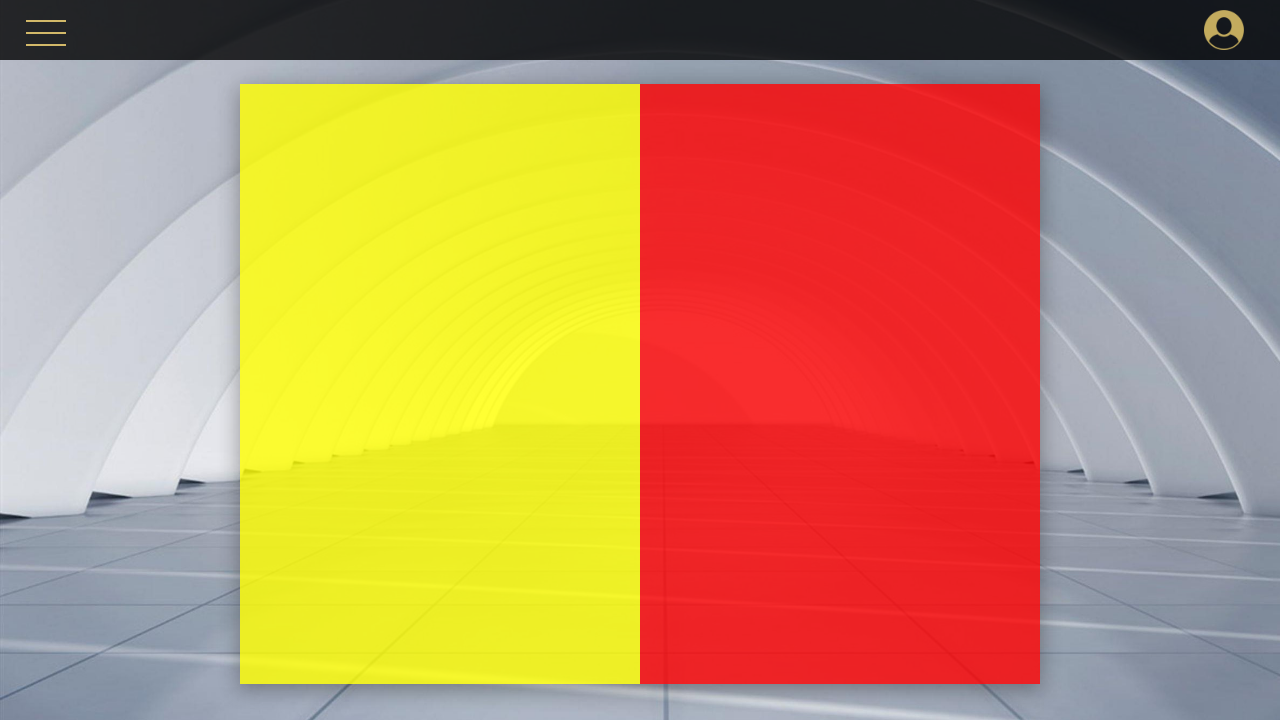
Repository: ustc-hzy/ziYang
Page: login.html
These files come from the project's save history. The page is drawn as it stood at one moment and after the next save; the edit follows.
The browser window is 1280 px wide. The pictures show the whole page.
The pointer rests on the first visible `.login-card`.

Above is the page before, as saved 2020-06-19 11:51:45.

After the next save:
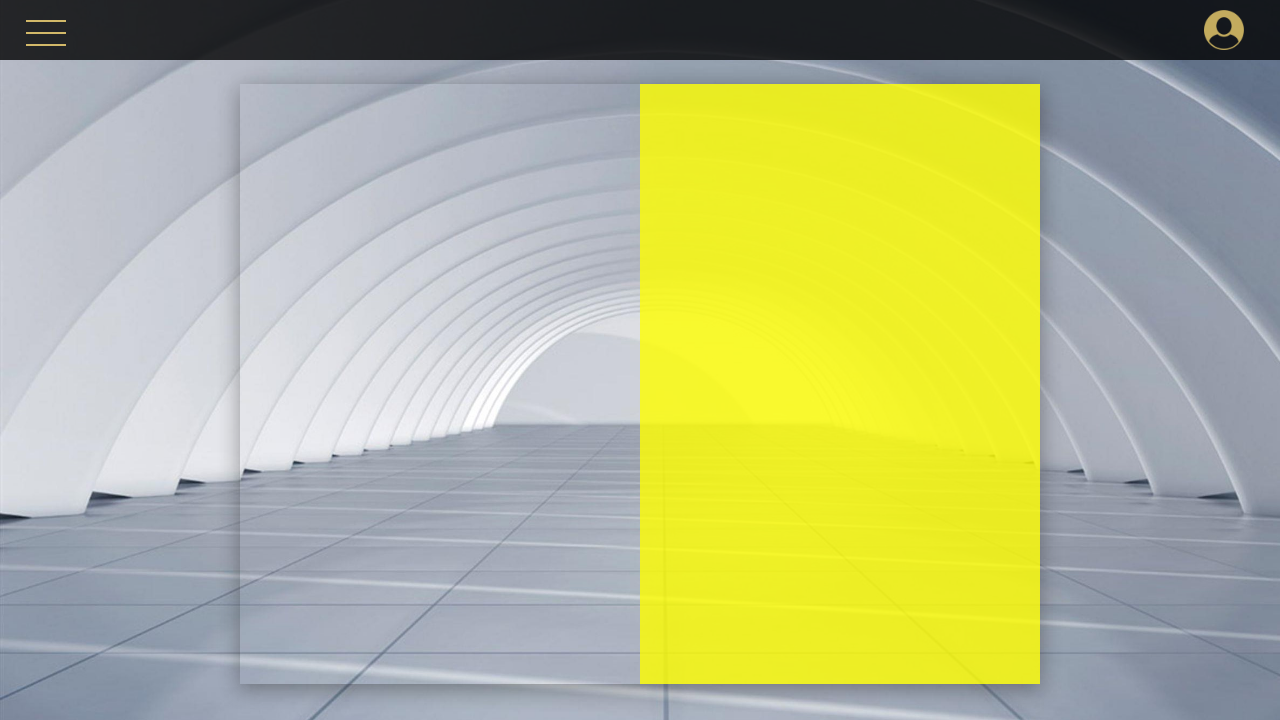
Saved 47 s later.
--- a/css/login.css
+++ b/css/login.css
@@ -35,3 +35,6 @@ body {
     width: 400px;
     height: 600px;
 }
+.login-card:hover{
+    transform: translateX(100%);
+}

After the 3 saves that followed:
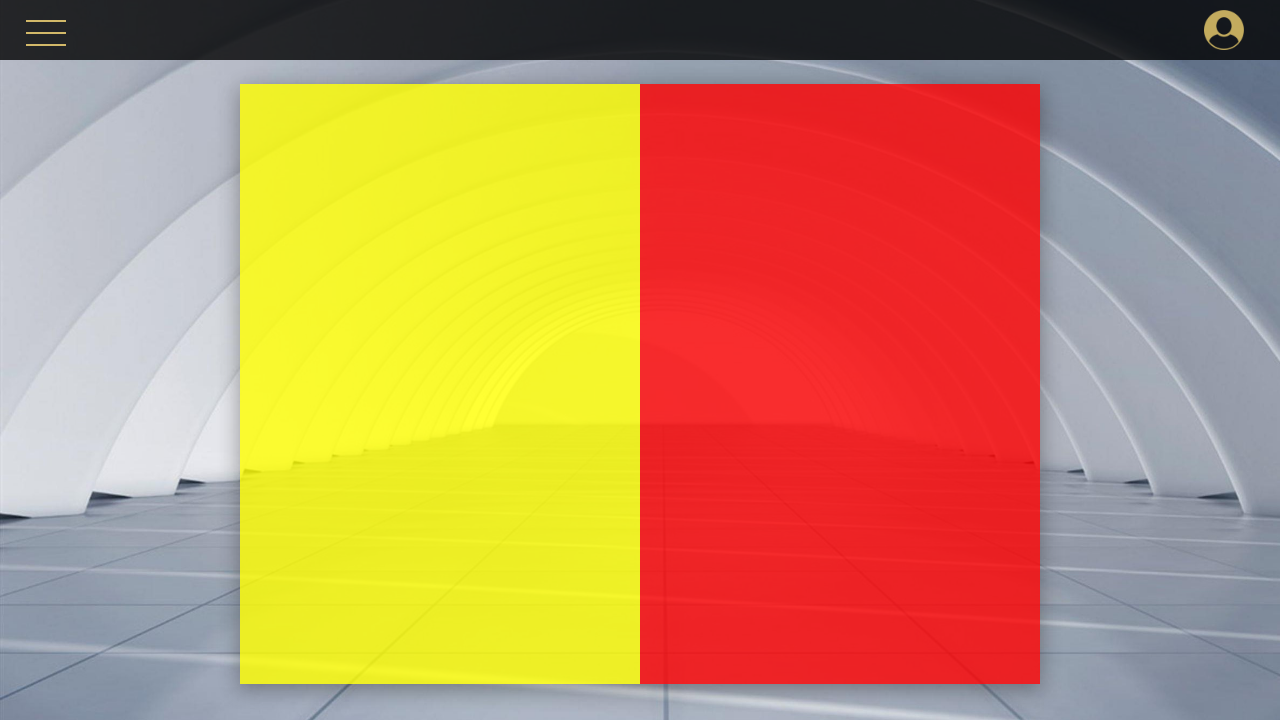
The 3 saves are shown as one change because they came seconds apart.
The last was saved 76 s later.
--- a/css/login.css
+++ b/css/login.css
@@ -35,6 +35,7 @@ body {
     width: 400px;
     height: 600px;
 }
-.login-card:hover{
+.login-card:active{
     transform: translateX(100%);
+    transition: all 0.3s ease-in-out;
 }
